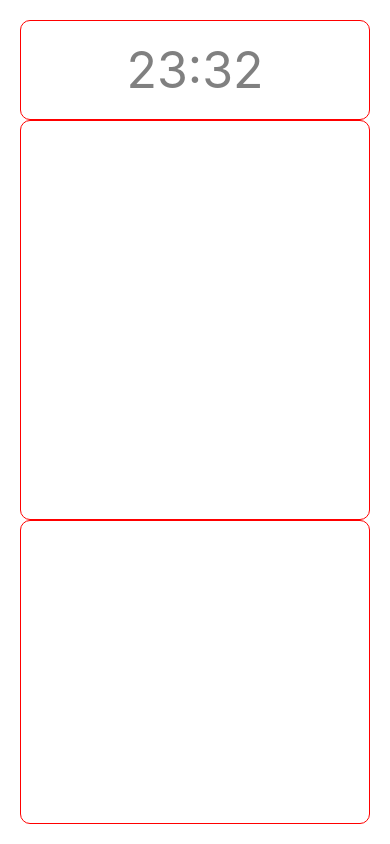
Repository: sonnke/imageResizer
Screen: /
An editor plug-in stored every save of this project. The screen is shown before and after the next save, followed by the edit.
The app was drawn by React Native's web renderer in a window 390 px wide. The project was rebuilt for these pictures with package versions that can differ from the ones it lists, and the page was loaded fresh each time.

Above is the screen before, as saved 2020-02-02 13:17:17.

### App.tsx
import React from 'react';
import { StyleSheet, Text, View } from 'react-native';
import styled from 'styled-components/native';

const MainContainer = styled.View`
  flex: 1;
  flex-direction: column;
  align-items: center;
  justify-content: space-around;
  padding: 20px;
`;

const StopWatch = styled.View`
  width: 100%;
  height: 100px;
  border-width: 1px;
  border-color: red;
  border-radius: 10px;
  justify-content: center;
  align-items: center;
`;

const ImageContainer = styled.View`
  width: 100%;
  height: 400px;
  border-width: 1px;
  border-color: red;
  border-radius: 10px;
  justify-content: center;
  align-items: center;
`;

const SliderContainer = styled.View`
  width: 100%;
  flex: 1;
  border-width: 1px;
  border-color: red;
  border-radius: 10px;
  justify-content: center;
  align-items: center;
`;

const StopWatchText = styled.Text`
  font-size: 50px;
  color: grey;
`;

export default function App() {
  return (
    <MainContainer>
      <StopWatch>
        <StopWatchText>23:32</StopWatchText>
      </StopWatch>
      <ImageContainer></ImageContainer>
      <SliderContainer></SliderContainer>
    </MainContainer>
  );
}

After the next save:
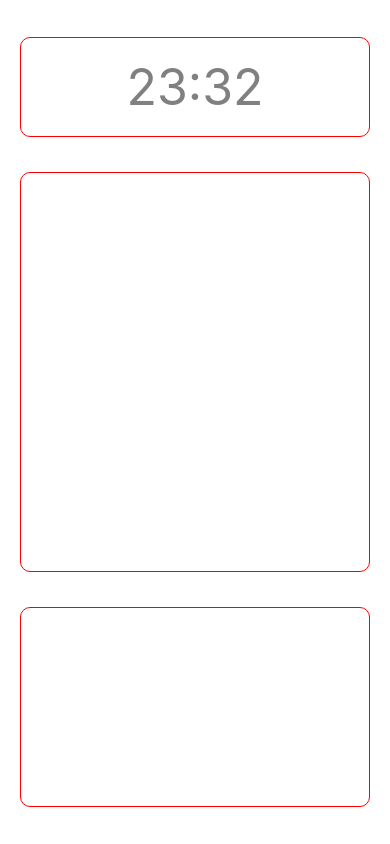
Saved 16 s later.
--- a/App.tsx
+++ b/App.tsx
@@ -32,7 +32,7 @@ const ImageContainer = styled.View`
 
 const SliderContainer = styled.View`
   width: 100%;
-  flex: 1;
+  height: 200px;
   border-width: 1px;
   border-color: red;
   border-radius: 10px;
